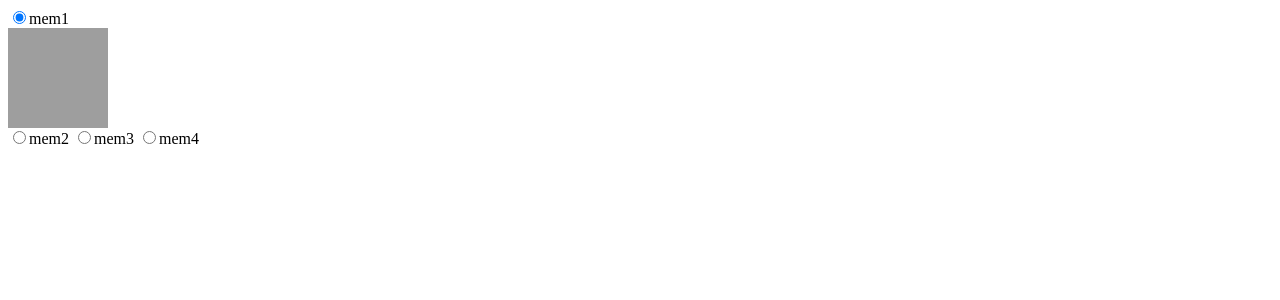
Repository: MaksimMazurenka/cssBayan
Page: cssBayan/index.html
These files come from the project's save history. The page is drawn as it stood at one moment and after a run of saves; the edit follows.
The browser window is 1280 px wide. The pictures show the whole page.
Pictures or frames that could not be fetched are drawn as grey boxes.

Above is the page before, as saved 2023-03-12 16:46:24.

### cssBayan/index.html

<!DOCTYPE html>
<html>
<head>
<meta content='text/html;' />
<style type='text/css'>
img{
  display: none;
}
input[id="mem"]:checked + img
{
    display: block;
}
</style>
</head>
<body>
	<div class="items">
            <input type="radio" name="mem" id="mem" checked>mem1
            <img id="mem1" src="http://placekitten.com/100">
            <input type="radio" name="mem" id="mem">mem2
            <img id="mem2" src="http://placekitten.com/100">
            <input type="radio" name="mem" id="mem">mem3
            <img id="mem3" src="http://placekitten.com/100">
            <input type="radio" name="mem" id="mem">mem4
            <img id="mem4" src="http://placekitten.com/100">
      </div>
</body>
</html>

After the next 2 saves:
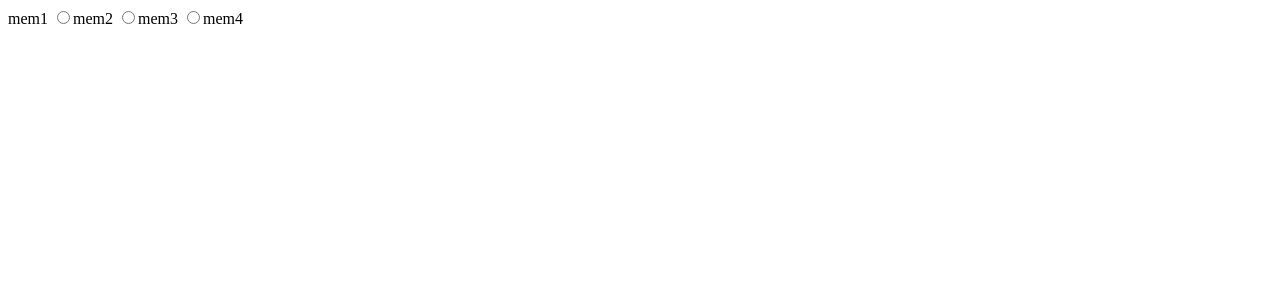
The 2 saves are shown as one change because they came seconds apart.
The last was saved 8 s later.
--- a/cssBayan/index.html
+++ b/cssBayan/index.html
@@ -15,6 +15,7 @@
 </head>
 <body>
 	<div class="items">
+    <label d
             <input type="radio" name="mem" id="mem" checked>mem1
             <img id="mem1" src="http://placekitten.com/100">
             <input type="radio" name="mem" id="mem">mem2

After the save that followed:
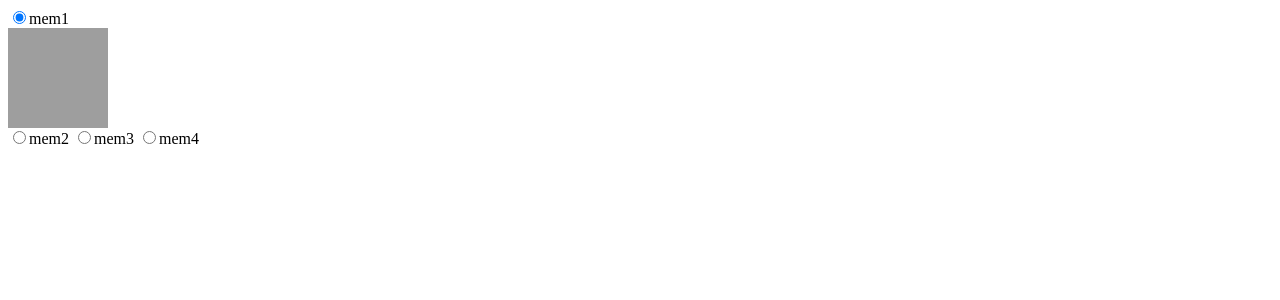
Saved 5 s later.
--- a/cssBayan/index.html
+++ b/cssBayan/index.html
@@ -15,7 +15,6 @@
 </head>
 <body>
 	<div class="items">
-    <label d
             <input type="radio" name="mem" id="mem" checked>mem1
             <img id="mem1" src="http://placekitten.com/100">
             <input type="radio" name="mem" id="mem">mem2
